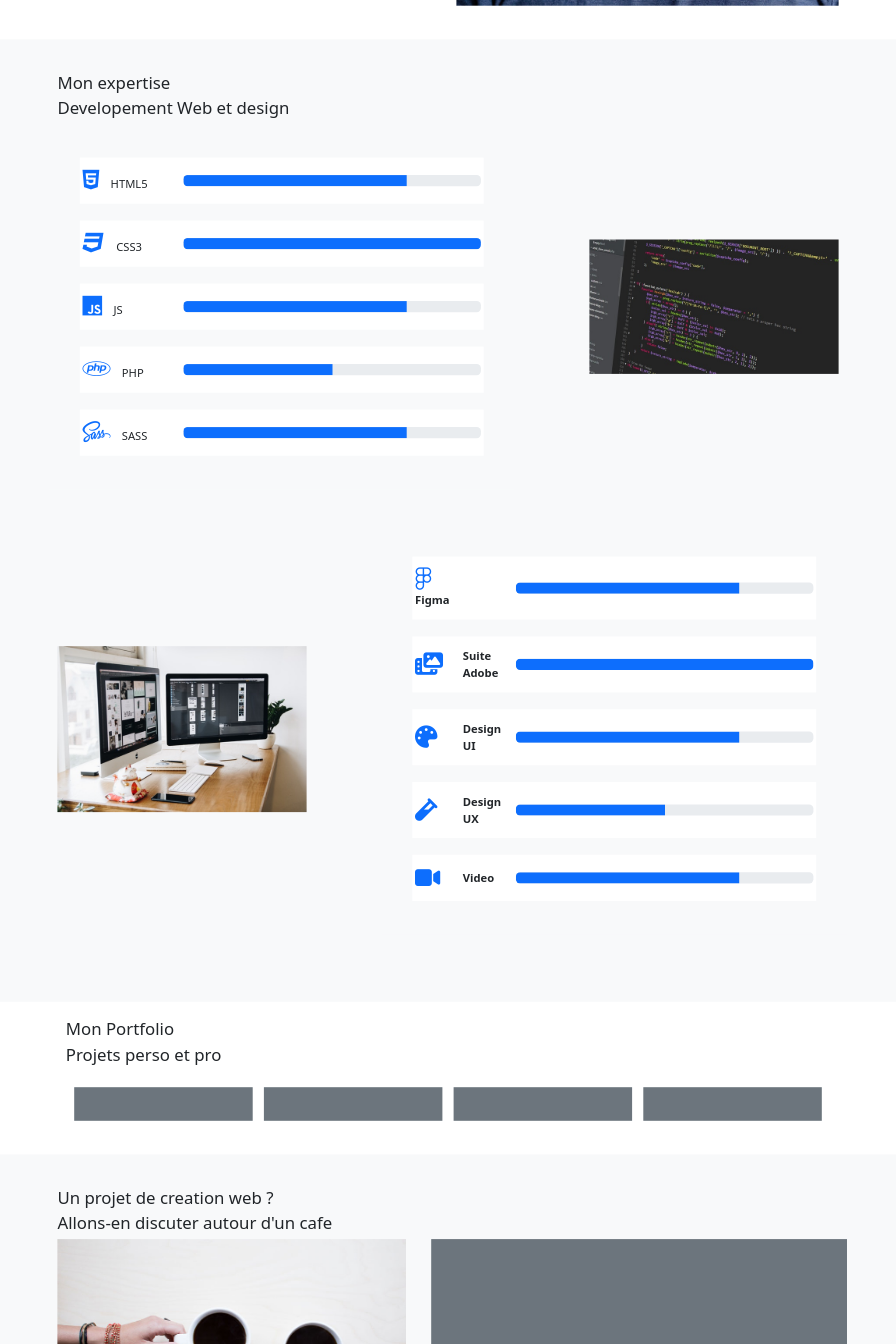
Repository: wadelfadill/Bootstrap_tache_1_portfolio
Page: index.html
An editor plug-in stored every save of this project. The page is shown before and after the next save, followed by the edit.
The browser window is 1280 px wide. The pictures show the part of the page from y = 723 to 2643 px (the page is 2982 px tall before and 3006 px after), at 70% of full size.
Some web libraries are served in a nearby version.

Above is the page before, as saved 2023-03-28 22:28:13.

### index.html
<!DOCTYPE html>
<html lang="en">
<head>
    <meta charset="UTF-8">
    <meta http-equiv="X-UA-Compatible" content="IE=edge">
    <meta name="viewport" content="width=device-width, initial-scale=1.0">
    <title>Portfolio_Bootstrap</title>
    <link href="https://cdn.jsdelivr.net/npm/bootstrap@5.3.0-alpha2/dist/css/bootstrap.min.css" rel="stylesheet" integrity="sha384-aFq/bzH65dt+w6FI2ooMVUpc+21e0SRygnTpmBvdBgSdnuTN7QbdgL+OapgHtvPp" crossorigin="anonymous">
    <link rel="stylesheet" href="https://cdn.jsdelivr.net/npm/bootstrap-icons@1.5.0/font/bootstrap-icons.css">
    <link rel="stylesheet" href="https://cdnjs.cloudflare.com/ajax/libs/font-awesome/5.15.4/css/all.min.css" integrity="sha512-1ycn6IcaQQ40/MKBW2W4Rhis/DbILU74C1vSrLJxCq57o941Ym01SwNsOMqvEBFlcgUa6xLiPY/NS5R+E6ztJQ==" crossorigin="anonymous" referrerpolicy="no-referrer" />
    <link rel="stylesheet" href="style.css">
    <!-- Font Awesome -->
    <script src="https://kit.fontawesome.com/14273d579a.js" crossorigin="anonymous"></script>
</head>
<body>
    <header>
        <nav class="navbar navbar-expand-md bg-light navbar-light container-fluid fixed-top">
            <div class="container">
                <a href="/index.html" class="nav-brand text-uppercase fw-bolder link-dark link-underline-opacity-0">
                    <span class="bg-primary bg-gradient p-1 rounded-3 text-light">JOHN</span>DOE
                </a>
                <button class="navbar-toggler" type="button" data-bs-toggle="collapse" data-bs-target="#navbarNav" aria-controls="navbarNav" aria-expanded="false" aria-label="Toggle navigation">
                    <span class="navbar-toggler-icon"></span>
                </button>
                <div class="collapse navbar-collapse justify-content-end" id="navbarNav">
                    <ul class="navbar-nav">
                        <li class="nav-item">
                            <a class="nav-link" href="#johndoe">Qui suis-je ?</a>
                        </li>
                        <li class="nav-item">
                            <a class="nav-link" href="#expertise">Expertises</a>
                        </li>
                        <li class="nav-item">
                            <a class="nav-link" href="#portfolio">Portfolio</a>
                        </li>
                        <li class="nav-item">
                            <a class="nav-link" href="#contact">Contact</a>
                        </li>
                    </ul>
                </div>
            </div>
        </nav>
    </header>
    <main>
        <section class="my-5">
            <div class="container">
                <div class="row gy-4 gy-md-0 align-items-center">
                    <div class="col-12 col-md-6 py-5 py-md-0">
                        <p class="h2 fw-bold">Je suis John Doe Developpeur et Designer Web</p>
                        <p class="h2 fw-light">Bienvenue dans mon univers creatif</p>
                        <a class="btn btn-primary mt-5" href="#expertise" role="button">Mon expertise Web</a>

                    </div>
                    <div class="col-12 col-md-6">
                        <img src="img/portrait.jpg" alt="profile de Jhon Doe" class="w-100">
                    </div>
                </div>
            </div>
        </section>
        <section>
            <div class="container-fluid bg-light py-5 mt-5">
                <div class="container">
                 <p class="h4 .fs-3 .fs-md-2" id="expertise">Mon expertise</p>
                 <p class="h4 .fs-3 .fs-md-2">Developement Web et design</p>
                <div class="row gy-4 gy-md-0 align-items-center">
                    <div class="col-12 col-md-7 bg-light p-5 justify-content-between gap-3">
                        <div class="row bg-body py-3 align-items-center gx-2">
                            <div class="col-3">
                                <i class="fab fa-html5 fa-2x me-3 text-primary" aria-hidden="true"></i><span class="pb-5">HTML5</span>
                            </div>
                            <div class="col-9">
                                <div class="progress">
                                    <div class="progress-bar" role="progressbar" style="width: 75%" aria-valuenow="75" aria-valuemin="0" aria-valuemax="100"></div>
                                </div>
                            </div>
                        </div>
                        <div class="row bg-body py-3 align-items-center gx-2 mt-4">
                            <div class="col-3">
                                <i class="fab fa-css3 fa-2x me-3 text-primary" aria-hidden="true"></i><span class="pb-5">CSS3</span>
                            </div>
                            <div class="col-9">
                                <div class="progress">
                                    <div class="progress-bar" role="progressbar" style="width: 100%" aria-valuenow="100" aria-valuemin="0" aria-valuemax="100"></div>
                                </div>
                            </div>
                        </div>
                        <div class="row bg-body py-3 align-items-center gx-2 mt-4">
                            <div class="col-3">
                                <i class="fab fa-js fa-2x me-3 text-primary" aria-hidden="true"></i><span class="pb-5">JS</span>
                            </div>
                            <div class="col-9">
                                <div class="progress">
                                    <div class="progress-bar" role="progressbar" style="width: 75%" aria-valuenow="75" aria-valuemin="0" aria-valuemax="100"></div>
                                </div>
                            </div>
                        </div>
                        <div class="row bg-body py-3 align-items-center gx-2 my-4">
                            <div class="col-3">
                                <i class="fab fa-php fa-2x me-3 text-primary" aria-hidden="true"></i><span class="pb-5">PHP</span>
                            </div>
                            <div class="col-9">
                                <div class="progress">
                                    <div class="progress-bar" role="progressbar" style="width: 50%" aria-valuenow="50" aria-valuemin="0" aria-valuemax="100"></div>
                                </div>
                            </div>
                        </div>
                        <div class="row bg-body py-3 align-items-center gx-2">
                            <div class="col-3">
                                <i class="fab fa-sass fa-2x me-3 text-primary" aria-hidden="true"></i><span class="pb-5">SASS</span>
                            </div>
                            <div class="col-9">
                                <div class="progress">
                                    <div class="progress-bar" role="progressbar" style="width: 75%" aria-valuenow="75" aria-valuemin="0" aria-valuemax="100"></div>
                                </div>
                            </div>
                        </div>
                    </div>
                    <div class="col-12 col-md-4 offset-md-1">
                        <img src="img/code.jpg" alt="" class="w-100">
                    </div>
                </div>
                <div class="row my-5 gy-4 gy-md-0 align-items-center">
                    <div class="col-12 col-md-4">
                        <img src="img/design.jpg" alt="" class="w-100">
                    </div>
                    <div class="col-12 col-md-7 bg-light offset-md-1 p-5">
                        <div class="row bg-body py-3 align-items-center gx-2">
                            <div class="col-3">
                                <div class="col-6"><i class="fab fa-figma fa-2x me-3 text-primary" aria-hidden="true"></i></div>
                                <div class="col-6"><span class="pb-5 fw-bold">Figma</span></div>
                            </div>
                            <div class="col-9">
                                <div class="progress">
                                    <div class="progress-bar" role="progressbar" style="width: 75%" aria-valuenow="75" aria-valuemin="0" aria-valuemax="100"></div>
                                </div>
                            </div>
                        </div>
                        <div class="row bg-body py-3 align-items-center gx-2 mt-4">
                            <div class="col-3 d-flex align-items-center">
                                <div class="col-6"><i class="fas fa-photo-video fa-2x me-3 text-primary" aria-hidden="true"></i></div>
                                <div class="col-6"><span class="pb-5 fw-bold text-wrap">Suite Adobe</span></div>
                            </div>
                            <div class="col-9">
                                <div class="progress">
                                    <div class="progress-bar" role="progressbar" style="width: 100%" aria-valuenow="100" aria-valuemin="0" aria-valuemax="100"></div>
                                </div>
                            </div>
                        </div>
                        <div class="row bg-body py-3 align-items-center gx-2 mt-4">
                            <div class="col-3 d-flex align-items-center">
                                <div class="col-6"><i class="fas fa-palette fa-2x me-3 text-primary" aria-hidden="true"></i></div>
                                <div class="col-6"></i><span class="pb-5 fw-bold">Design UI</span></div>

                            </div>
                            <div class="col-9">
                                <div class="progress">
                                    <div class="progress-bar" role="progressbar" style="width: 75%" aria-valuenow="75" aria-valuemin="0" aria-valuemax="100"></div>
                                </div>
                            </div>
                        </div>
                        <div class="row bg-body py-3 align-items-center gx-2 my-4">
                            <div class="col-3 d-flex align-items-center">
                                <div class="col-6"><i class="fas fa-vial fa-2x me-3 text-primary" aria-hidden="true"></i></div>
                                <div class="col-6"><span class="pb-5 fw-bold">Design UX</span></div>
                            </div>
                            <div class="col-9">
                                <div class="progress">
                                    <div class="progress-bar" role="progressbar" style="width: 50%" aria-valuenow="50" aria-valuemin="0" aria-valuemax="100"></div>
                                </div>
                            </div>
                        </div>
                        <div class="row bg-body py-3 align-items-center gx-2">
                            <div class="col-3 d-flex align-items-center">
                                <div class="col-6"><i class="fas fa-video fa-2x me-3 text-primary" aria-hidden="true"></i></div>
                                <div class="col-6"></i><span class="pb-5 fw-bold">Video</span></div>
                            </div>
                            <div class="col-9">
                                <div class="progress">
                                    <div class="progress-bar" role="progressbar" style="width: 75%" aria-valuenow="75" aria-valuemin="0" aria-valuemax="100"></div>
                                </div>
                            </div>
                        </div>
                    </div>
                </div>
             </div>
            </div>

        </section>
        <section class="container">
            <div class="container my-4">
                <p class="h4 .fs-3 .fs-md-2" id="portfolio">Mon Portfolio</p>
                <p class="h4 .fs-3 .fs-md-2">Projets perso et pro</p>
                <div class="row gap-3 p-4">
                    <div class="col-12 col-md bg-secondary py-4"></div>
                    <div class="col-12 col-md bg-secondary py-4"></div>
                    <div class="col-12 col-md bg-secondary py-4"></div>
                    <div class="col-12 col-md bg-secondary py-4"></div>
                </div>
            </div>
        </section>
        <section class="p-5 bg-light">
            <div class="container">
                <p class="h4 .fs-3 .fs-md-2" id="contact">Un projet de creation web ?</p>
                <p class="h4 .fs-3 .fs-md-2">Allons-en discuter autour d'un cafe</p>
                <div class="row gap-4 gy-4 gy-md-0">
                    <div class="col-12 col-md">
                        <img src="img/grab-a-coffee.jpg" class="w-100" alt="">
                    </div>
                    <div class="col-12 col-md bg-secondary p-5"></div>
                </div>
            </div>
        </section>
    </main>
    <footer>
        <div class="container">
            <div class="row gap-3 py-3">
                <div class="col-12 col-md p-4 bg-secondary"></div>
                <div class="col-12 col-md p-4 bg-secondary"></div>
                <div class="col-12 col-md p-4 text-md-end">
                    <a href="#" target="_blank" class="link-dark link-underline-opacity-0">
                        <i class="bi bi-linkedin h4"></i>
                    </a>
                    <a href="#" target="_blank" class="link-dark link-underline-opacity-0">
                        <i class="bi bi-instagram h4"></i>
                    </a>
                    <a href="#" target="_blank" class="link-dark link-underline-opacity-0">
                        <i class="bi bi-twitter h4"></i>
                    </a>
                </div>
            </div>
        </div>
    </footer>
    <script src="https://cdn.jsdelivr.net/npm/bootstrap@5.3.0-alpha2/dist/js/bootstrap.bundle.min.js" integrity="sha384-qKXV1j0HvMUeCBQ+QVp7JcfGl760yU08IQ+GpUo5hlbpg51QRiuqHAJz8+BrxE/N" crossorigin="anonymous"></script>

</body>
</html>

Loaded but not shown: style.css (no stored copy; drawn as an empty file)

After the next save:
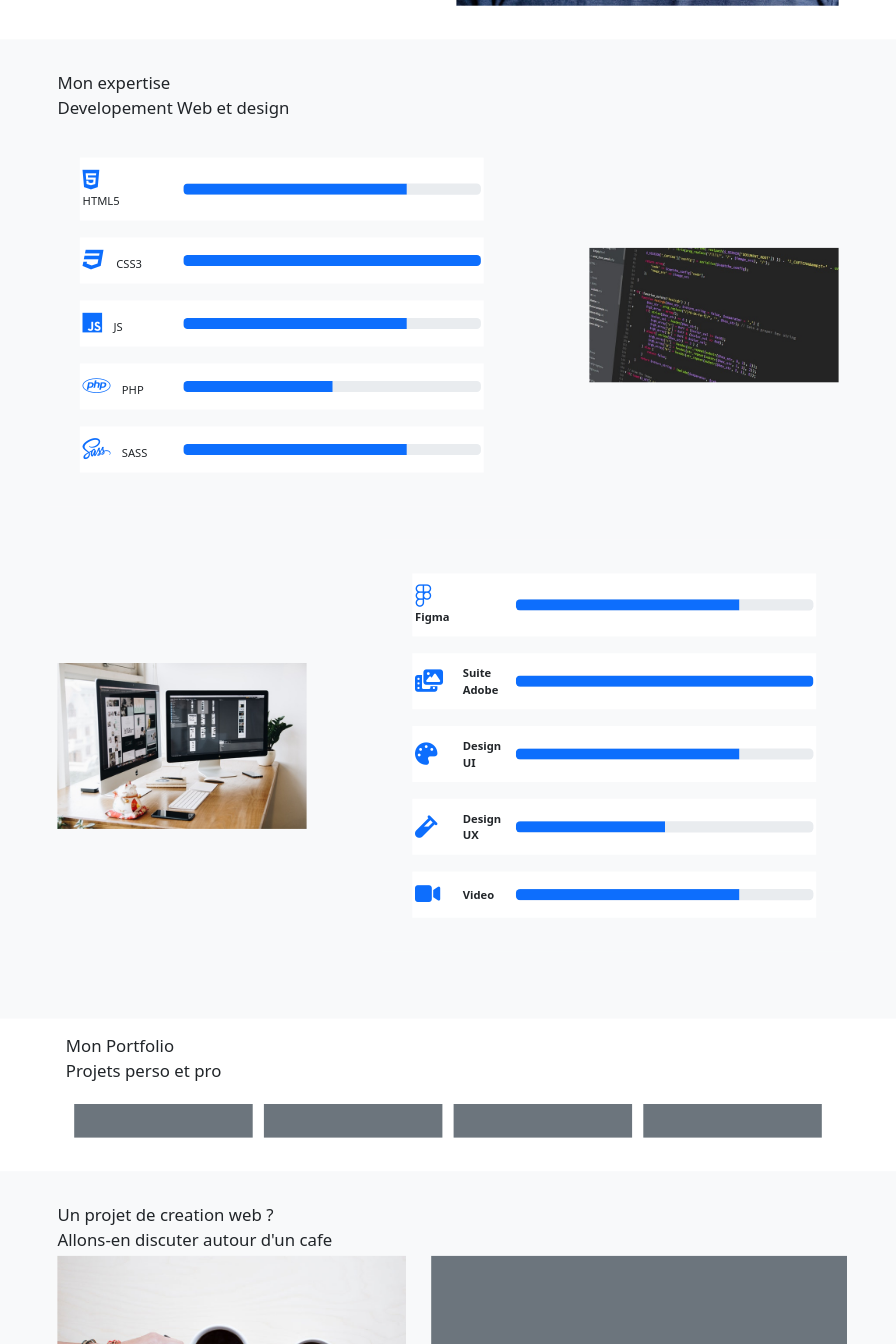
Saved 43 s later.
--- a/index.html
+++ b/index.html
@@ -66,7 +66,8 @@
                     <div class="col-12 col-md-7 bg-light p-5 justify-content-between gap-3">
                         <div class="row bg-body py-3 align-items-center gx-2">
                             <div class="col-3">
-                                <i class="fab fa-html5 fa-2x me-3 text-primary" aria-hidden="true"></i><span class="pb-5">HTML5</span>
+                                <div class="col-6"><i class="fab fa-html5 fa-2x me-3 text-primary" aria-hidden="true"></i></div>
+                                <div class="col-6"><span class="pb-5">HTML5</span></div>
                             </div>
                             <div class="col-9">
                                 <div class="progress">

After the save that followed:
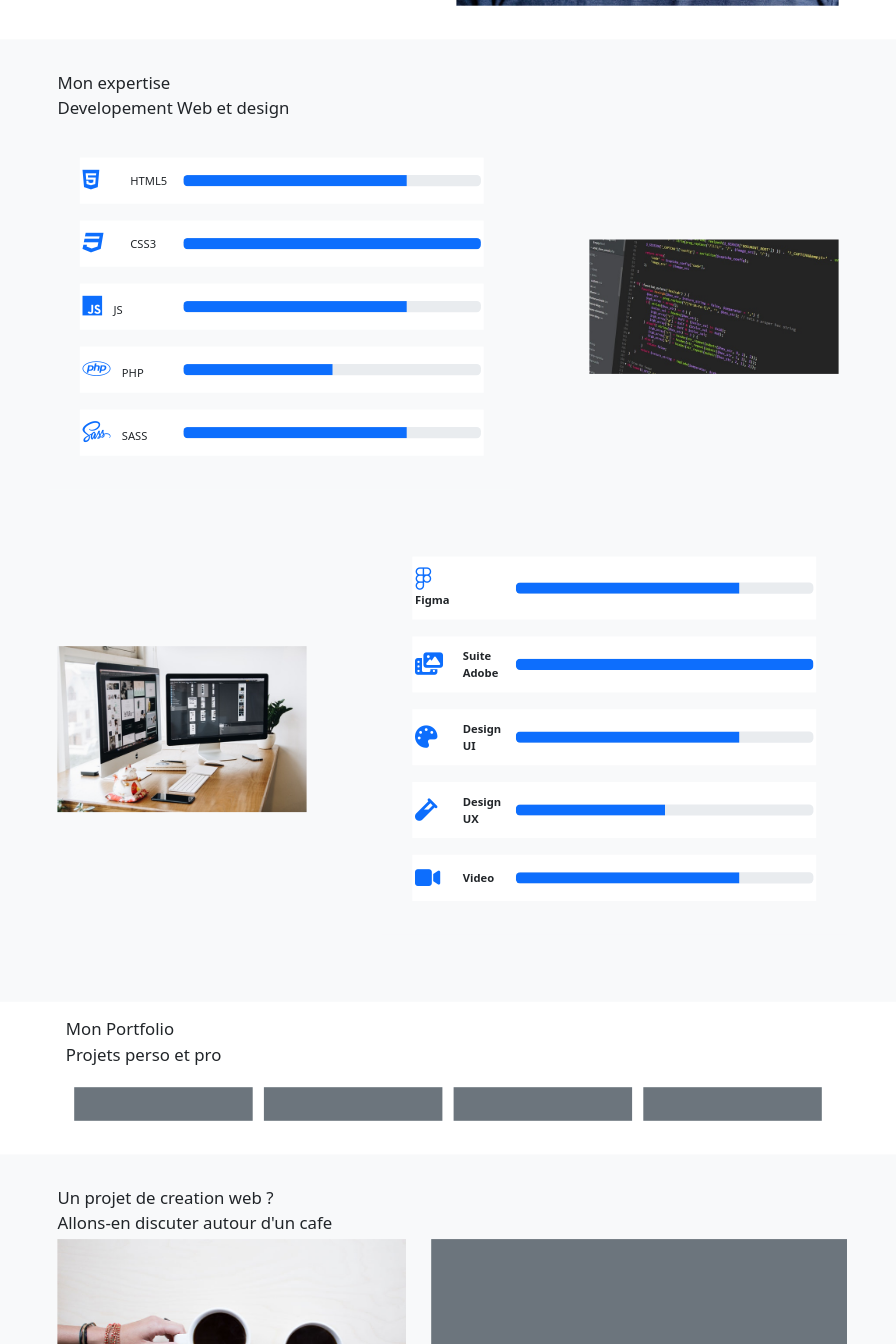
Saved 65 s later.
--- a/index.html
+++ b/index.html
@@ -65,7 +65,7 @@
                 <div class="row gy-4 gy-md-0 align-items-center">
                     <div class="col-12 col-md-7 bg-light p-5 justify-content-between gap-3">
                         <div class="row bg-body py-3 align-items-center gx-2">
-                            <div class="col-3">
+                            <div class="col-3 d-flex align-items-center">
                                 <div class="col-6"><i class="fab fa-html5 fa-2x me-3 text-primary" aria-hidden="true"></i></div>
                                 <div class="col-6"><span class="pb-5">HTML5</span></div>
                             </div>
@@ -76,8 +76,9 @@
                             </div>
                         </div>
                         <div class="row bg-body py-3 align-items-center gx-2 mt-4">
-                            <div class="col-3">
-                                <i class="fab fa-css3 fa-2x me-3 text-primary" aria-hidden="true"></i><span class="pb-5">CSS3</span>
+                            <div class="col-3 d-flex align-items-center">
+                                <div class="col-6"><i class="fab fa-css3 fa-2x me-3 text-primary" aria-hidden="true"></i></div>
+                                <div class="col-6"><span class="pb-5">CSS3</span> </div>
                             </div>
                             <div class="col-9">
                                 <div class="progress">
